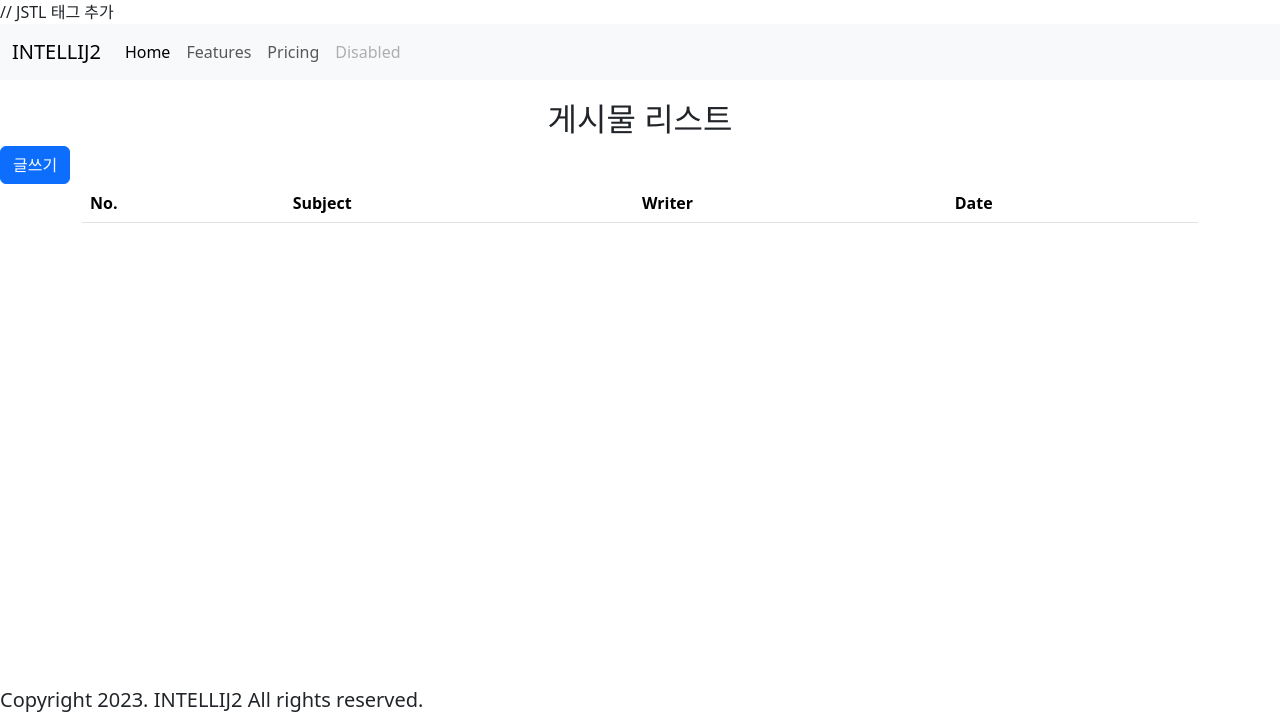
Repository: Jae-yi/JSPMybatis
Page: http://localhost/JspMybatisSub/WEB-INF/views/board/list.jsp
An editor plug-in stored every save of this project. The page is shown before and after the next save, followed by the edit.
The browser window is 1280 px wide. The pictures show the whole page.
The page is served by Tomcat 9. Nobody is signed in. The template is opened directly, without the code that normally fills it, so the values that code supplies are empty.

Above is the page before, as saved 2023-01-17 07:24:12.

After the next save:
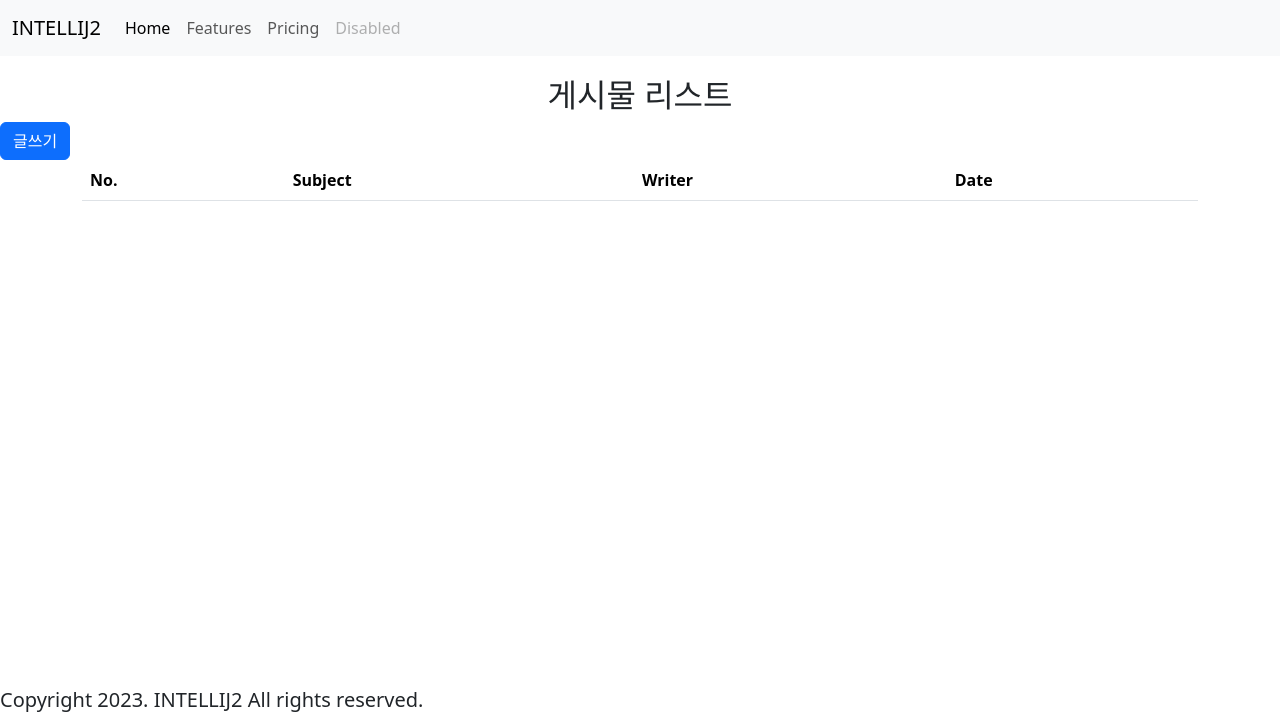
Saved 2 min 18 s later.
--- a/JspMybatisSub/src/main/webapp/WEB-INF/views/board/list.jsp
+++ b/JspMybatisSub/src/main/webapp/WEB-INF/views/board/list.jsp
@@ -1,7 +1,6 @@
 <%@ page language="java" contentType="text/html; charset=UTF-8"
 	pageEncoding="UTF-8"%>
 <%@ taglib prefix="c" uri="http://java.sun.com/jsp/jstl/core"%>
-// JSTL 태그 추가
 <!DOCTYPE html PUBLIC "-//W3C//DTD HTML 4.01 Transitional//EN" "http://www.w3.org/TR/html4/loose.dtd">
 <%@ include file="../include/style.jsp"%>
 <html>
